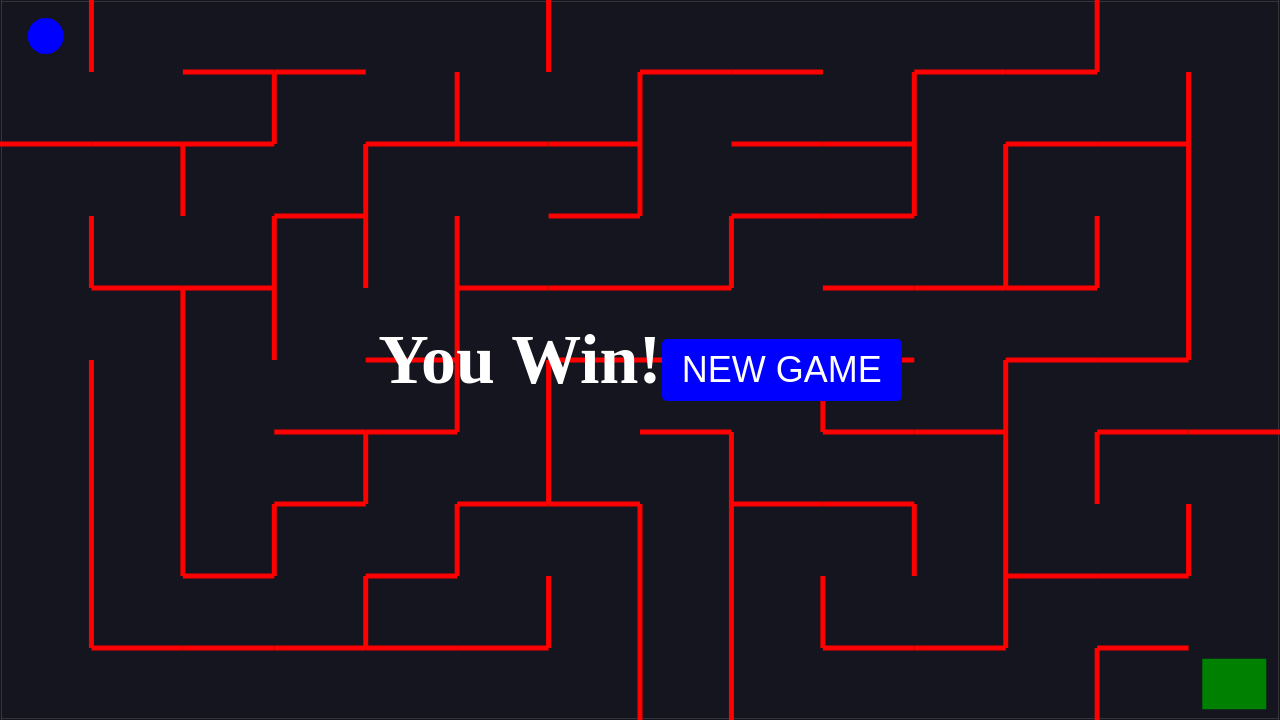
Repository: zhapar/JS-Bootcamp
Page: 3. Maze/index.html
An editor plug-in stored every save of this project. The page is shown before and after the next save, followed by the edit.
The browser window is 1280 px wide. The pictures show the whole page.
Some web libraries are served in a nearby version.

Above is the page before, as saved 2020-07-17 18:14:47.

After the next save:
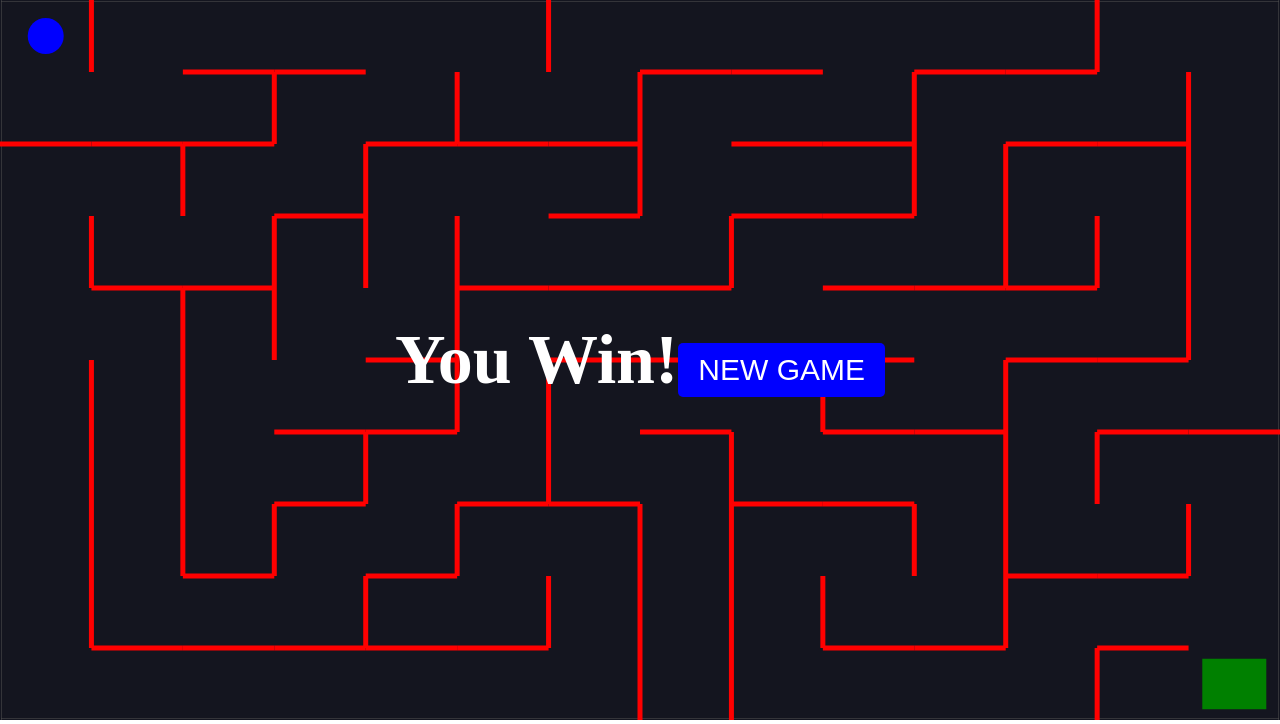
Saved 6 s later.
--- a/3. Maze/index.html
+++ b/3. Maze/index.html
@@ -44,7 +44,7 @@
         color: #fff;
         cursor: pointer;
         border-radius: 5px;
-        font-size: 36px;
+        font-size: 30px;
       }
     </style>
   </head>
